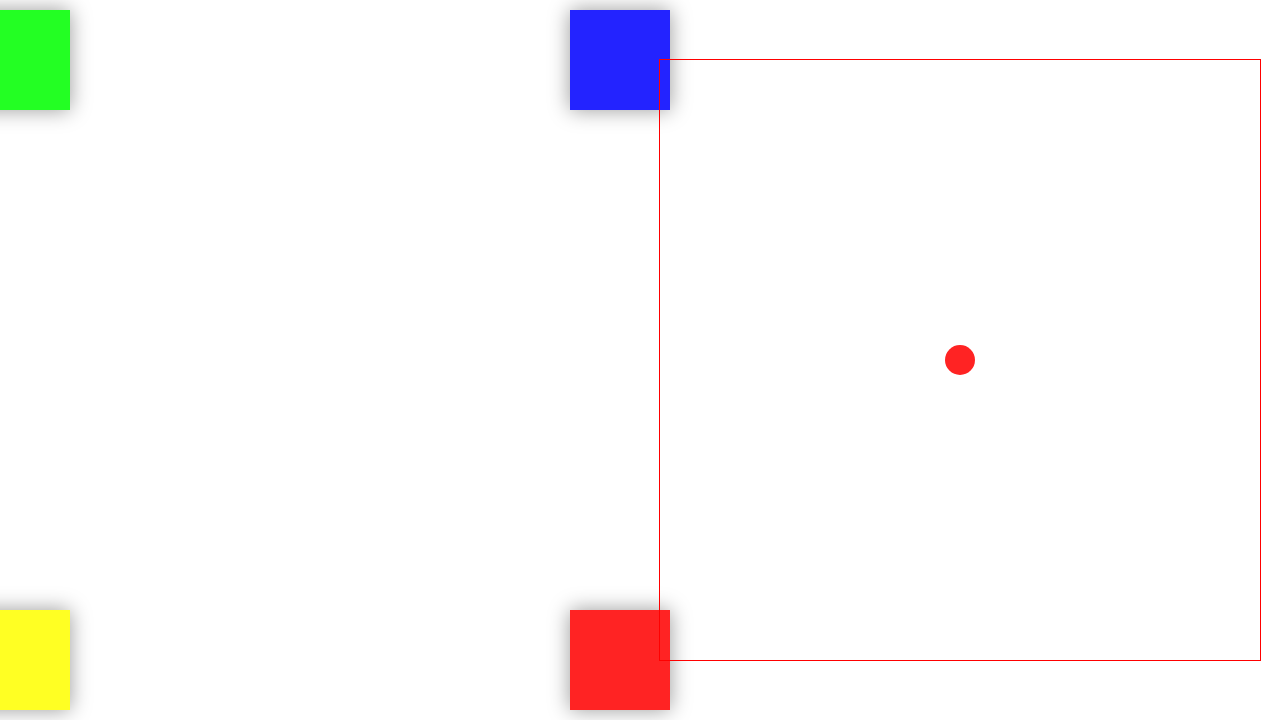
Repository: randgars/game
Page: index.html
An editor plug-in stored every save of this project. The page is shown before and after the next save, followed by the edit.
The browser window is 1280 px wide. The pictures show the whole page.

Above is the page before, as saved 2017-09-29 16:29:02.

After the next save:
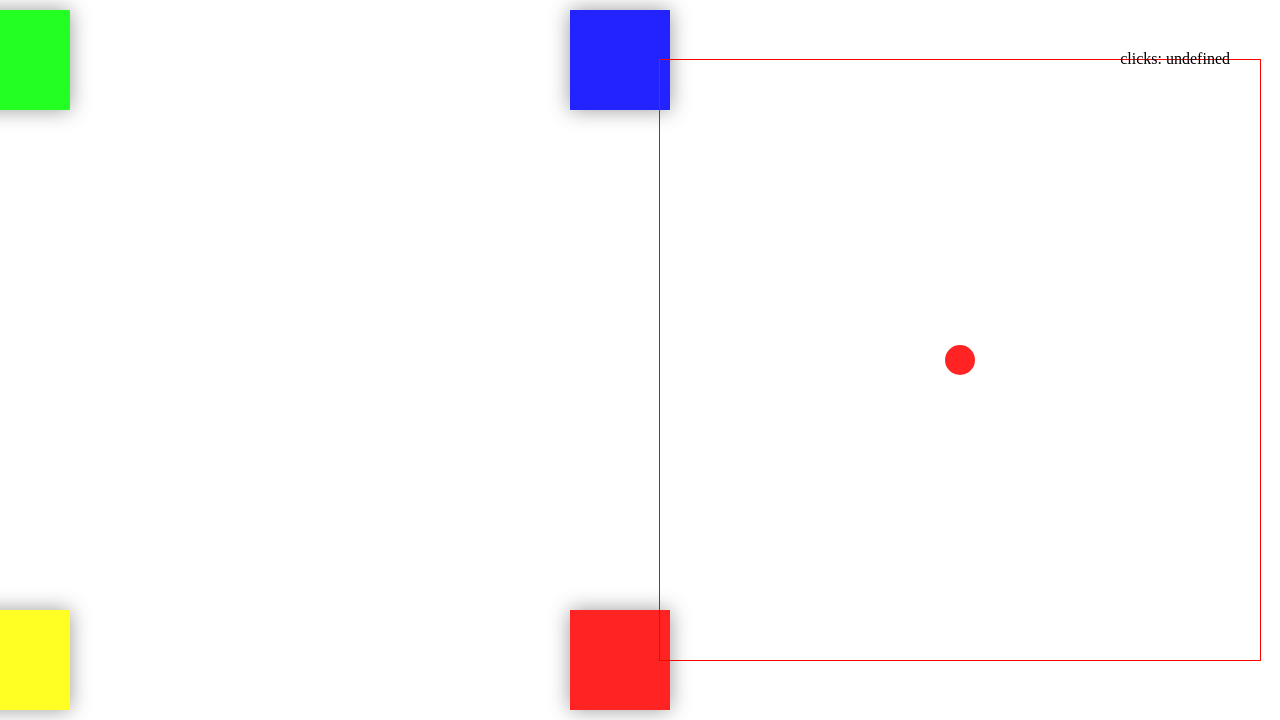
Saved 27 s later.
--- a/index.js
+++ b/index.js
@@ -17,11 +17,14 @@
 var fieldBottom;
 var fieldRight;
 
+var clicksCounter;
+
 window.onload = function() {
     elem = document.getElementById("wrapper");
     elem.addEventListener("mousemove", mouseMove, true);
 
     circle = document.getElementById("circle");
+    document.getElementById('counter').innerHTML="clicks: " + clicksCounter;
 }
 
 function mouseMove(event) {

After the save that followed:
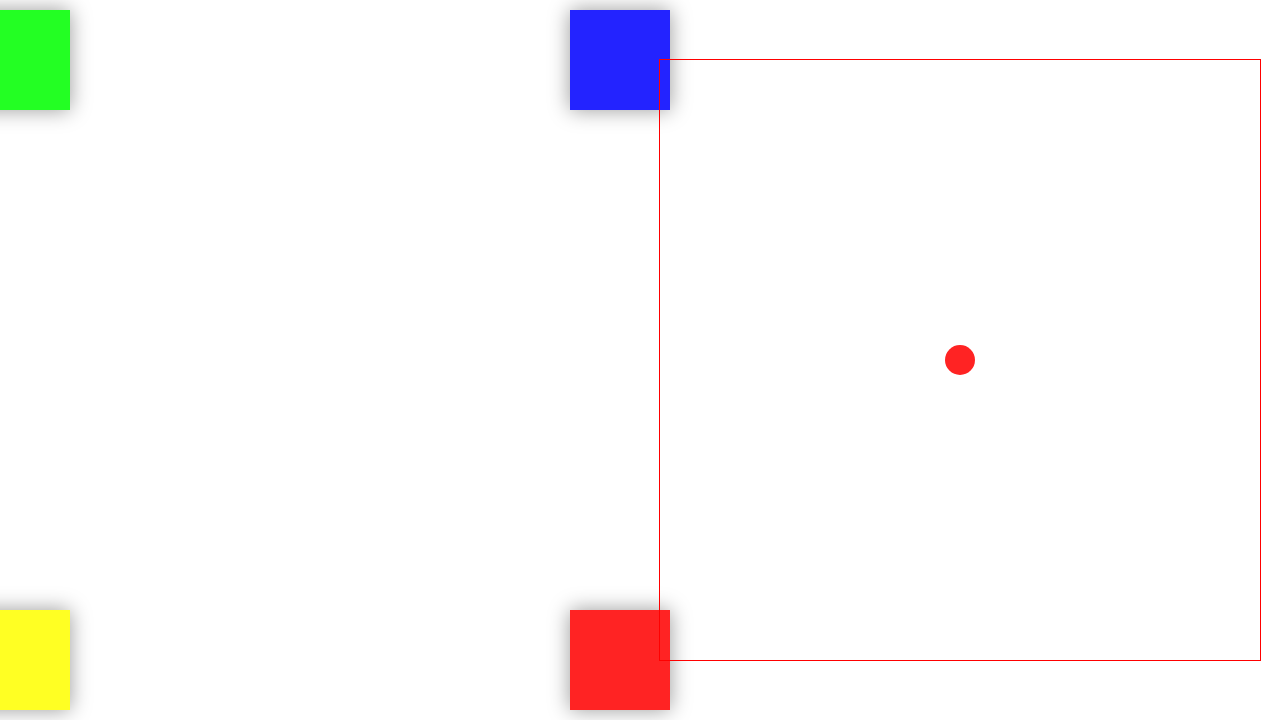
Saved 30 s later.
--- a/index.js
+++ b/index.js
@@ -24,7 +24,6 @@
     elem.addEventListener("mousemove", mouseMove, true);
 
     circle = document.getElementById("circle");
-    document.getElementById('counter').innerHTML="clicks: " + clicksCounter;
 }
 
 function mouseMove(event) {
@@ -65,6 +64,8 @@
     document.getElementById('y').innerHTML="cursor y: " + cursorY;
     document.getElementById('x2').innerHTML="point x: " + pointX;
     document.getElementById('y2').innerHTML="point y: " + pointY;
+
+    document.getElementById('counter').innerHTML="clicks: " + clicksCounter;
 }
 
 
